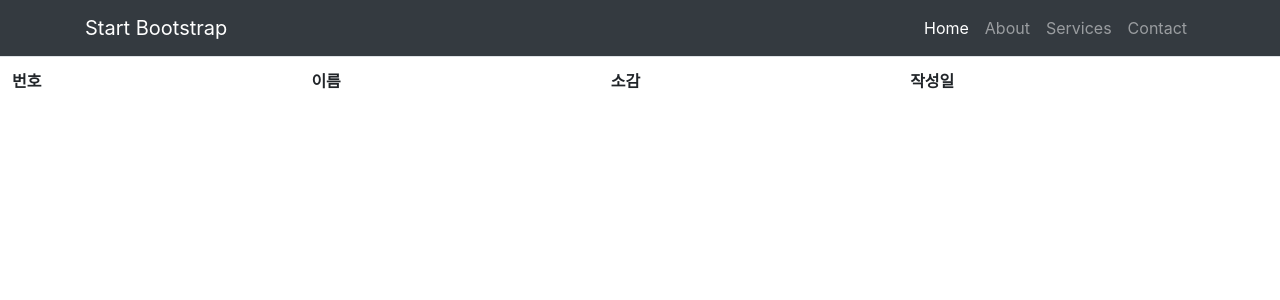
Repository: lukawitch/DB_Homework
Page: http://localhost/DB_Gallary/Clist.jsp
The author's editor kept a copy of each file at every save. The page is drawn from the files as they stood at one save, then again after the next save.
The browser window is 1280 px wide. The pictures show the whole page.
The page is served by Tomcat 9. Queries for data that is not in the repository find no rows.

Above is the page before, as saved 2018-06-10 05:32:46.

### DB_Gallary/WebContent/Clist.jsp
<%@ page language="java" contentType="text/html; charset=EUC-KR"
    pageEncoding="EUC-KR"%>
<!DOCTYPE html PUBLIC "-//W3C//DTD HTML 4.01 Transitional//EN" "http://www.w3.org/TR/html4/loose.dtd">
<html>
<head>
  <%@include file="commom.jsp"%>
</head>
<body>
<%@ page import="java.sql.*" %>
 <%@include file="nav.jsp"%>
<table class="table table-hover">

<tr><th>번호</th><th>이름</th><th>소감</th><th>작성일</th></tr>

<%
Connection con = null;

PreparedStatement pstmt = null;

ResultSet rs = null;

String url = "jdbc:oracle:thin:@localhost:1521:ORCL";

String user = "csuser";

String pw = "cs1234";

String sql = "select * from comments order by seq desc";
try{




	 Class.forName("oracle.jdbc.driver.OracleDriver");
	    con = DriverManager.getConnection(url, user, pw);
	    System.out.println("연결확인");

	pstmt = con.prepareStatement(sql);

	rs = pstmt.executeQuery();



	while(rs.next()) {

			int seq = rs.getInt(1);

			String name = rs.getString(2);

			String pass = rs.getString(3);

			String content = rs.getString(4);

			String rdate = rs.getString(5);

		%>

			<tr><td><%=seq%></td>

				<td><%=name %></td>

				<td><%=content %></td>

				<td><%=rdate %></td>

			</tr>

		<%






	}}catch(SQLException e){out.println(e);
	  System.out.println("연결에러");}

%>

</table>
</body>
</html>

### DB_Gallary/WebContent/commom.jsp
 <meta charset="utf-8">
    <meta name="viewport" content="width=device-width, initial-scale=1, shrink-to-fit=no">
    <meta name="description" content="">
    <meta name="author" content="">

    <title>Bare - Start Bootstrap Template</title>

    <!-- Bootstrap core CSS -->
    <link href="./bootstrap/vendor/bootstrap/css/bootstrap.min.css" rel="stylesheet">

    <!-- Custom styles for this template -->
    <style>
      body {
        padding-top: 54px;
      }
      @media (min-width: 992px) {
        body {
          padding-top: 56px;
        }
      }

    </style>

### DB_Gallary/WebContent/nav.jsp
 <!-- Navigation -->
    <nav class="navbar navbar-expand-lg navbar-dark bg-dark fixed-top">
      <div class="container">
        <a class="navbar-brand" href="#">Start Bootstrap</a>
        <button class="navbar-toggler" type="button" data-toggle="collapse" data-target="#navbarResponsive" aria-controls="navbarResponsive" aria-expanded="false" aria-label="Toggle navigation">
          <span class="navbar-toggler-icon"></span>
        </button>
        <div class="collapse navbar-collapse" id="navbarResponsive">
          <ul class="navbar-nav ml-auto">
            <li class="nav-item active">
              <a class="nav-link" href="#">Home
                <span class="sr-only">(current)</span>
              </a>
            </li>
            <li class="nav-item">
              <a class="nav-link" href="#">About</a>
            </li>
            <li class="nav-item">
              <a class="nav-link" href="#">Services</a>
            </li>
            <li class="nav-item">
              <a class="nav-link" href="#">Contact</a>
            </li>
          </ul>
        </div>
      </div>
    </nav>

After the next save:
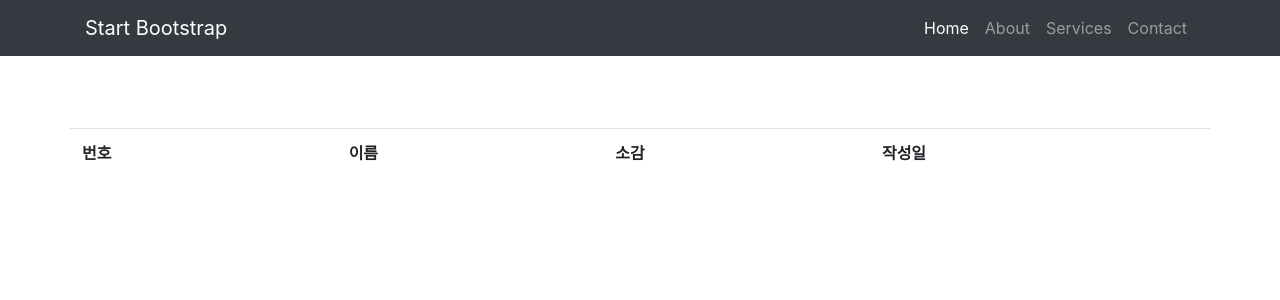
Saved 70 s later.
--- a/DB_Gallary/WebContent/Clist.jsp
+++ b/DB_Gallary/WebContent/Clist.jsp
@@ -8,6 +8,12 @@
 <body>
 <%@ page import="java.sql.*" %>
  <%@include file="nav.jsp"%>
+ <div class="container">
+      <br>
+   <br>
+   <br>
+
+      <div class="row">
 <table class="table table-hover">
 
 <tr><th>번호</th><th>이름</th><th>소감</th><th>작성일</th></tr>
@@ -78,5 +84,7 @@ try{
 %>
 
 </table>
+</div>
+</div>
 </body>
 </html>
